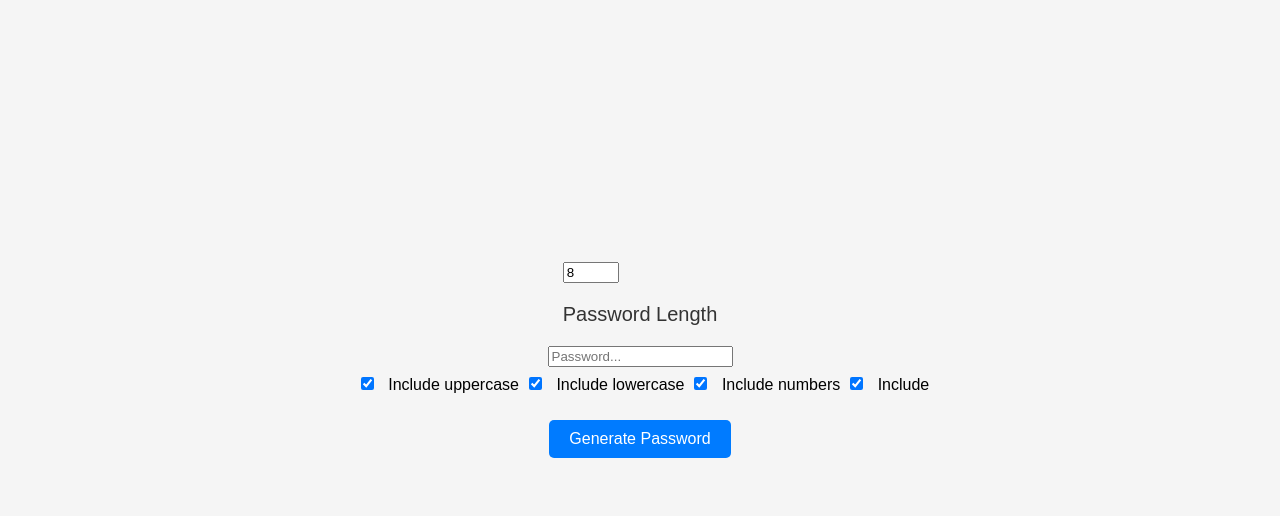
Repository: sriram1224/pass-generator
Page: /
An editor plug-in stored every save of this project. The page is shown before and after the next save, followed by the edit.
The browser window is 1280 px wide. The pictures show the whole page.
The project was rebuilt for these pictures with package versions that can differ from the ones it lists, and the page was loaded fresh each time.

Above is the page before, as saved 2024-03-21 19:53:42.

### src/App.js
import React, { useState, useRef, useCallback } from 'react';
import './App.css';

function generatePassword(length, includeUpper, includeLower, includeNumber, includeSymbol){
  const upperChars = 'ABCDEFGHIJKLMNOPQRSTUVWXYZ';
  const lowerChars = 'abcdefghijklmnopqrstuvwxyz';
  const numberChars = '0123456789';
  const symbolChars = '!@#$%^&*()-_=+';

  let chars = '';
  if (includeUpper) chars+= upperChars;
  if (includeLower) chars += lowerChars;
  if (includeNumber) chars += numberChars;
  if (includeSymbol) chars += symbolChars;
  let password = '';
  for(let i = 0; i < length; i++){
    password += chars.charAt(Math.floor(Math.random() * chars.length));
  }
  return password;
}

function App() {
  const [password,setPassword] = useState('');
  const includeUpperref = useRef(true);
  const includeLowerref= useRef(true);
  const includeSymbolref = useRef(true);
  const includeNumberref= useRef(true);
  const [length, setLength] = useState(8);

  const handlechange = (ref) => {
    ref.current = !ref.current;
    handlePassword();
  };

  const handlePassword = useCallback(() => {
    const newPass = generatePassword(
      length,
      includeUpperref.current,
      includeLowerref.current,
      includeNumberref.current,
      includeSymbolref.current
    );
    setPassword(newPass);
  }, [length, includeUpperref, includeLowerref, includeNumberref, includeSymbolref]);

  return (
    <div className="App">
      <label>
        <input type="number" value={length} onChange={(e) => setLength(parseInt(e.target.value))} min="1" max="50" />

        <p>Password Length</p>

      </label>
      <label> <input type="text" value={password} placeholder='Password...' readOnly />
      </label>
      <label><input type="checkbox" checked={includeUpperref.current} onChange={() => handlechange(includeUpperref)} /> Include uppercase
      <input type="checkbox" checked={includeLowerref.current} onChange={() => handlechange(includeLowerref)} /> Include lowercase
      <input type="checkbox" checked={includeNumberref.current} onChange={() => handlechange(includeNumberref)} /> Include numbers
      <input type="checkbox" checked={includeSymbolref.current} onChange={() => handlechange(includeSymbolref)} /> Include
      </label>
      <button onClick={handlePassword}>Generate Password</button>
    </div>
  );
}

export default App;

### src/App.css
.App {
  display: flex;
  flex-direction: column;
  align-items: center;
  justify-content: center;
  height: 100vh;
  background-color: #f5f5f5;
  font-family: Arial, sans-serif;
}

input[type="checkbox"] {
  margin: 10px;
}

button {
  margin-top: 20px;
  padding: 10px 20px;
  font-size: 16px;
  border: none;
  background-color: #007BFF;
  color: white;
  cursor: pointer;
  border-radius: 5px;
}

button:hover {
  background-color: #0056b3;
}

p {
  margin-top: 20px;
  font-size: 20px;
  color: #333;
}

Loaded but not shown: public/index.html (common file); src/index.js (common file); src/index.css (common file); src/reportWebVitals.js (common file)

After the next save:
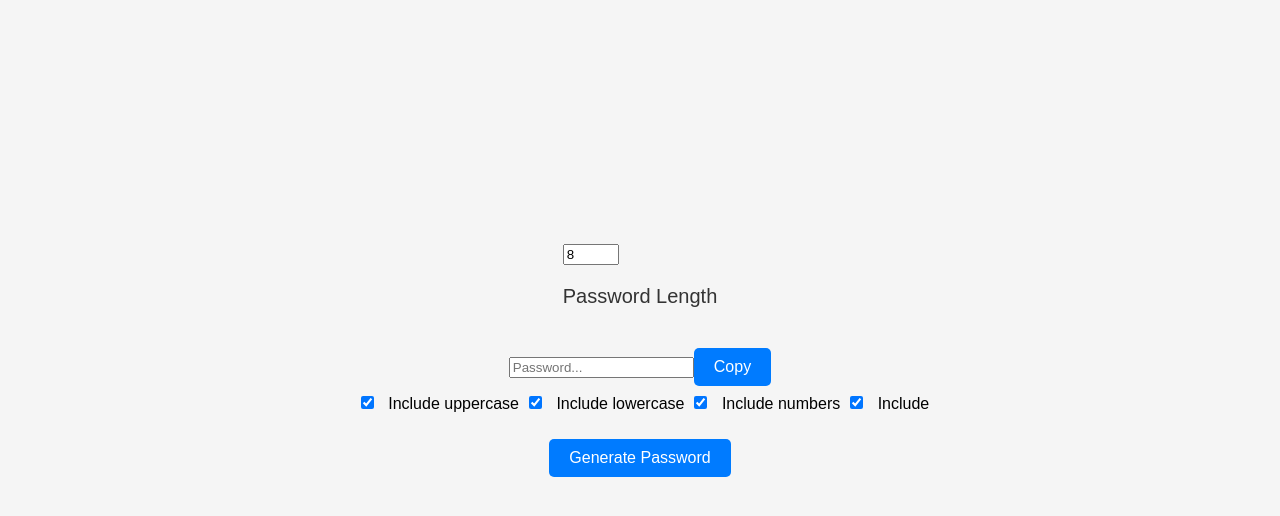
Saved 30 s later.
--- a/src/App.js
+++ b/src/App.js
@@ -51,7 +51,7 @@ function App() {
         <p>Password Length</p>
 
       </label>
-      <label> <input type="text" value={password} placeholder='Password...' readOnly />
+      <label> <input type="text" value={password} placeholder='Password...' readOnly /><button>Copy</button>
       </label>
       <label><input type="checkbox" checked={includeUpperref.current} onChange={() => handlechange(includeUpperref)} /> Include uppercase
       <input type="checkbox" checked={includeLowerref.current} onChange={() => handlechange(includeLowerref)} /> Include lowercase
